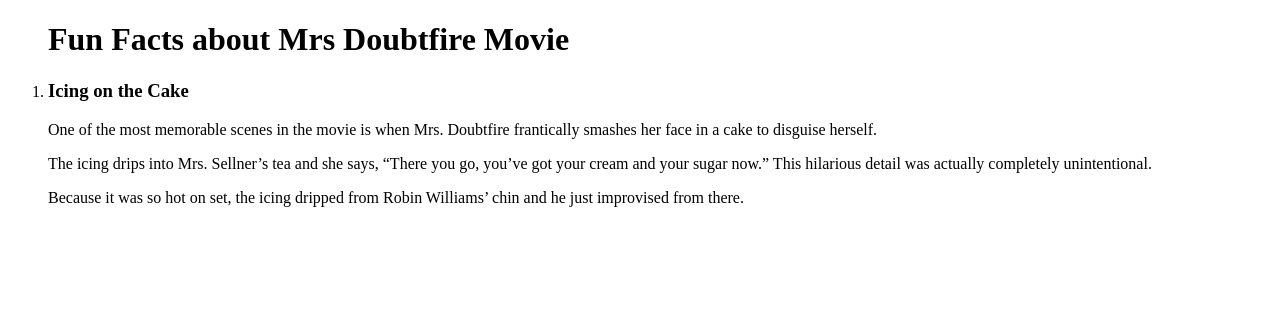
Repository: ItaConnell007/Brainnest-Main-HTML-Project
Page: fun-facts.html
An editor plug-in stored every save of this project. The page is shown before and after the next save, followed by the edit.
The browser window is 1280 px wide. The pictures show the whole page.

Above is the page before, as saved 2022-08-16 17:24:29.

### fun-facts.html
<!DOCTYPE html>
<html lang="en">

<head>
    <meta charset="UTF-8">
    <meta http-equiv="X-UA-Compatible" content="IE=edge">
    <meta name="viewport" content="width=device-width, initial-scale=1.0">
    <title>Top Secret</title>
</head>

<body>
    <ol>
        <h1> Fun Facts about Mrs Doubtfire Movie</h1>


        <li>

            <h3>Icing on the Cake</h3>
            One of the most memorable scenes in the movie is when Mrs. Doubtfire frantically smashes her face in a cake
            to
            disguise herself.

            <p> The icing drips into Mrs. Sellner’s tea and she says, “There you go, you’ve got your cream and your
                sugar now.”
                This hilarious detail was actually completely unintentional. </p>

            <p> Because it was so hot on set, the icing dripped from Robin Williams’ chin and he just improvised from
                there.</p>

        </li>

    </ol>
</body>

</html>

After the next save:
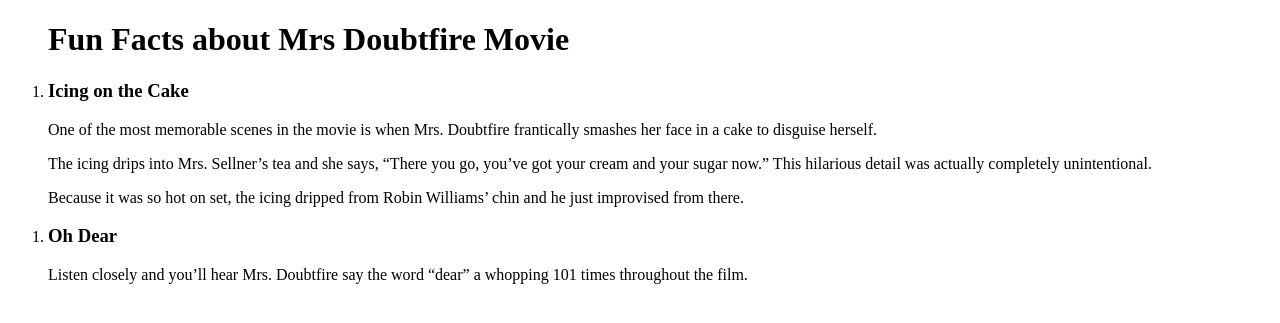
Saved 113 s later.
--- a/fun-facts.html
+++ b/fun-facts.html
@@ -30,6 +30,27 @@
         </li>
 
     </ol>
+
+    <ol>
+
+
+        <li>
+<h3>Oh Dear</h3>
+<p>
+    Listen closely and you’ll hear Mrs. Doubtfire say the word “dear” a whopping 101 times throughout the film.
+</p>
+
+
+
+        </li>
+
+
+
+
+
+
+
+    </ol>
 </body>
 
 </html>
